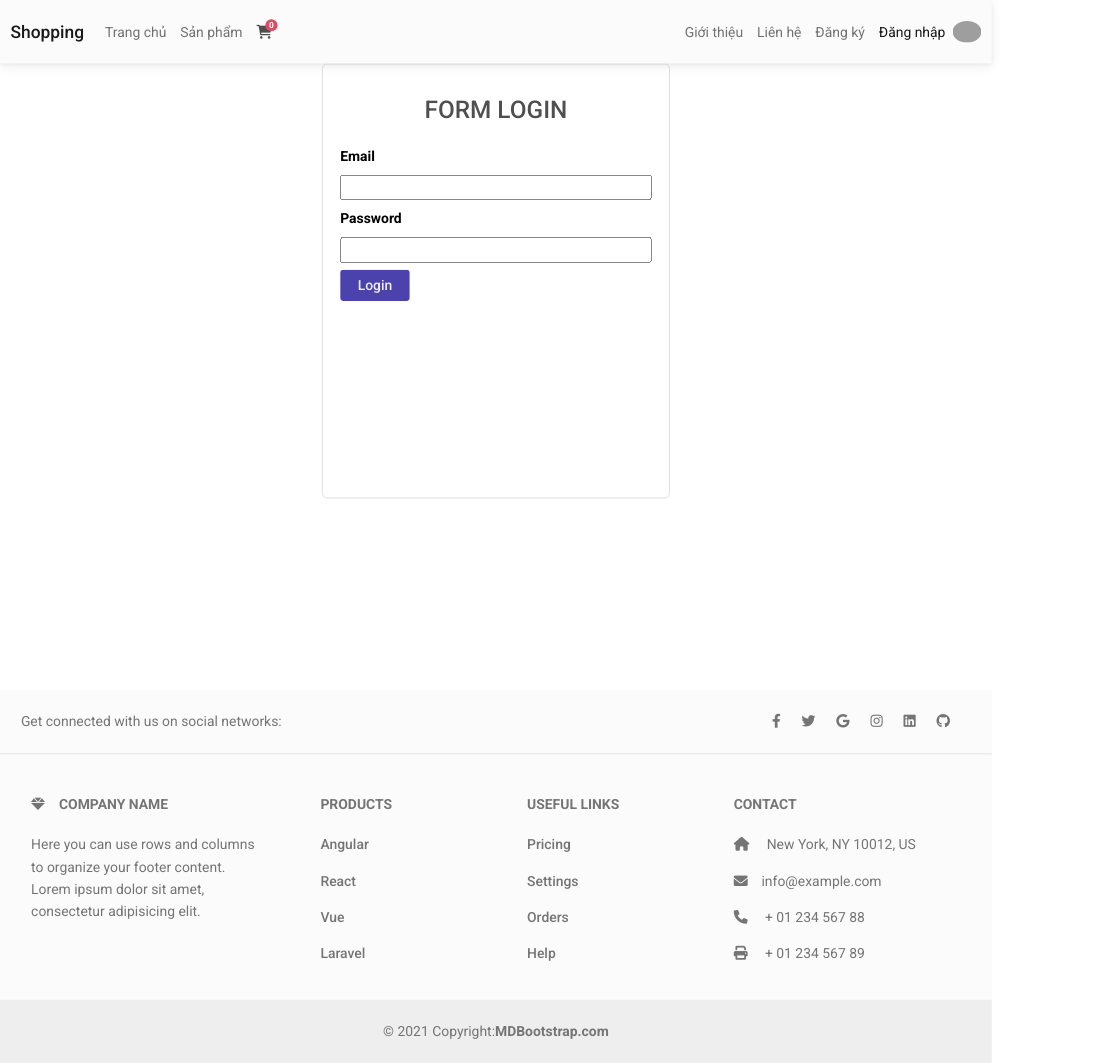
Repository: TinhTT336/MD02_Session10
Page: /login
These files come from the project's save history. The page is drawn as it stood at one moment and after the next save; the edit follows.
The browser window is 1280 px wide. The pictures show the whole page, at 87% of full size.
Pictures or frames that could not be fetched are drawn as grey boxes. Some web libraries are served in a nearby version. The project was rebuilt for these pictures with package versions that can differ from the ones it lists, and the page was loaded fresh each time. Also part of the build but not shown: vite.config.js, src/pages/Home.jsx, src/common/formatMoney.js, src/actions/cartActions.js, src/pages/ListProduct.jsx, src/pages/Cart.jsx, src/components/base/backtop/backtop.css, src/components/base/backtop/BackToTop.jsx and 11 more.

Above is the page before, as saved 2023-09-08 17:17:41.

### index.html
<!DOCTYPE html>
<html lang="en">
  <head>
    <meta charset="UTF-8" />
    <link rel="icon" type="image/svg+xml" href="/vite.svg" />
    <meta name="viewport" content="width=device-width, initial-scale=1.0" />
    <title>Vite + React</title>
    <!-- Font Awesome -->
    <link
      href="https://cdnjs.cloudflare.com/ajax/libs/font-awesome/6.0.0/css/all.min.css"
      rel="stylesheet"
    />
    <!-- Google Fonts -->
    <link
      href="https://fonts.googleapis.com/css?family=Roboto:300,400,500,700&display=swap"
      rel="stylesheet"
    />
    <!-- MDB -->
    <link
      href="https://cdnjs.cloudflare.com/ajax/libs/mdb-ui-kit/6.4.1/mdb.min.css"
      rel="stylesheet"
    />
  </head>
  <body>
    <div id="root"></div>
    <script type="module" src="/src/main.jsx"></script>
    <script
      type="text/javascript"
      src="https://cdnjs.cloudflare.com/ajax/libs/mdb-ui-kit/6.4.1/mdb.min.js"
    ></script>
  </body>
</html>

### src/main.jsx
import React from 'react'
import ReactDOM from 'react-dom/client'
import App from './App.jsx'
import './index.css'
import { BrowserRouter } from 'react-router-dom'
import { Provider } from 'react-redux'
import { createStore } from 'redux'
import { reducer } from './reducers/index.js'

const store = createStore(reducer)
ReactDOM.createRoot(document.getElementById('root')).render(
  <React.StrictMode>
    <BrowserRouter>
      <Provider store={store}>
        <App />
      </Provider>
    </BrowserRouter>
  </React.StrictMode>,
)

### src/App.jsx

import { Route, Routes, useLocation } from 'react-router-dom'
import './App.css'
import Home from './pages/Home'
import ListProduct from './pages/ListProduct'
import Cart from './pages/Cart'
import About from './pages/About'
import Contact from './pages/Contact'
import Register from './pages/Register'
import Login from './pages/Login'
import ProductDetail from './pages/ProductDetail'
import { useEffect } from 'react'
import PrivateRouter from './pages/private/PrivateRouter'
import HomeAdmin from './pages/private/HomeAdmin'
import ManagerProduct from './pages/private/ManagerProduct'
import ManagerUser from './pages/private/ManagerUser'

function App() {
  const location = useLocation();
  useEffect(() => {
    window.scrollTo({ top: 0, behavior: "smooth" });
  }, [location.pathname])
  return (
    <>
      <Routes>
        {/* Router ai cung co the truy cap */}
        <Route path='/' element={<Home />}></Route>
        <Route path='/list-product' element={<ListProduct />}></Route>
        <Route path='/product/:id' element={<ProductDetail />}></Route>
        <Route path='/cart' element={<Cart />}></Route>
        <Route path='/about' element={<About />}></Route>
        <Route path='/contact' element={<Contact />}></Route>
        <Route path='/register' element={<Register />}></Route>
        <Route path='/login' element={<Login />}></Route>
        <Route path='/product-detail' element={<ProductDetail />}></Route>

        {/* Router chi admin moi co the truy cap */}
        <Route path='/admin' element={<PrivateRouter />}>
          {/* path ="/" duong dan tuyet doi */}
          <Route index element={<HomeAdmin />}></Route>
          <Route path='manager-product' element={<ManagerProduct />}></Route>
          <Route path='manager-user' element={<ManagerUser />}></Route>
        </Route>
      </Routes>
    </>
  )
}

export default App

### src/App.css
* {
  margin: 0;
  padding: 0;
  box-sizing: border-box;
}
/* .active {
  background-color: #efefef;
} */
/* body {
  max-width: 90%;
  margin: 0 auto;
} */

.nav-item .nav-link {
  padding: 15px;
}

.fa-cart-shopping {
  position: relative;
}

.fa-cart-shopping + span {
  position: absolute;
  top: -10px;
  right: -10px;
  background-color: red;
  color: white;
  border-radius: 50%;
  padding: 5px 10px;
}

### src/pages/Login.jsx
import React from 'react'
import Navbar from '../layouts/Navbar'
import Footer from '../layouts/Footer'
import Button from "../components/base/button/Button";
import "./login.css";

export default function Login() {
    return (
        <>
            <Navbar />
            <div style={{ minHeight: "100vh" }} className='d-flex justify-content-center align-item-center'>
                <form className='form-container'>
                    <h3 className='form-heading text-center p-3'>FORM LOGIN</h3>
                    <div className='form-group'>
                        <label className='form-label' htmlFor="email">Email</label>
                        <input className='form-input' type="text" id="email" />
                    </div>
                    <div className='form-group'>
                        <label className='form-label' htmlFor="password">Password</label>
                        <input className='form-input' type="password" id="password" />
                    </div>
                    <Button title='Login' type='primary' />
                </form>
            </div>
            <Footer />
        </>
    )
}

### src/reducers/listProduct.js
import products from "../data/products.json";
export const listProduct = (state = products, action) => {
  return state;
};

### src/layouts/Navbar.jsx
import React from 'react'
import { useSelector } from 'react-redux'
import { Link, NavLink } from 'react-router-dom'

export default function Navbar() {
    const carts = useSelector(cart => cart.listCart);
    return (
        <div>
            <>
                {/* Navbar start */}
                {/* Navbar */}
                <nav className="navbar navbar-expand-lg navbar-light bg-light">
                    {/* Container wrapper */}
                    <div className="container-fluid">
                        {/* Toggle button */}
                        <button
                            className="navbar-toggler"
                            type="button"
                            data-mdb-toggle="collapse"
                            data-mdb-target="#navbarSupportedContent"
                            aria-controls="navbarSupportedContent"
                            aria-expanded="false"
                            aria-label="Toggle navigation"
                        >
                            <i className="fas fa-bars" />
                        </button>
                        {/* Collapsible wrapper */}
                        <div className="collapse navbar-collapse" id="navbarSupportedContent">
                            {/* Navbar brand */}
                            <a className="navbar-brand mt-2 mt-lg-0" >
                                {" "}
                                Shopping{" "}
                            </a>
                            {/* Left links */}
                            <ul className="navbar-nav me-auto mb-2 mb-lg-0">
                                <li className="nav-item">
                                    <NavLink to={"/"} className="nav-link" >
                                        Trang chủ
                                    </NavLink>
                                </li>
                                <li className="nav-item">
                                    <NavLink to={"/list-product"} className="nav-link" >
                                        Sản phẩm
                                    </NavLink>
                                </li>
                                <li className="nav-item">
                                    {/* Icon */}
                                    <Link to={"/cart"} className="text-reset me-3 nav-link" >
                                        <i className="fas fa-shopping-cart" />
                                        <span className="badge rounded-pill badge-notification bg-danger">
                                            {carts.length}
                                        </span>
                                    </Link>
                                </li>
                            </ul>
                            {/* Left links */}
                        </div>
                        {/* Collapsible wrapper */}
                        {/* Right elements */}
                        <div className="d-flex align-items-center">
                            <ul className="navbar-nav me-auto mb-2 mb-lg-0">
                                <li className="nav-item">
                                    <NavLink to={"/about"} className="nav-link" >
                                        Giới thiệu
                                    </NavLink>
                                </li>
                                <li className="nav-item">
                                    <NavLink to={"/contact"} className="nav-link" >
                                        Liên hệ
                                    </NavLink>
                                </li>
                                <li className="nav-item">
                                    <NavLink to={"/register"} className="nav-link" >
                                        Đăng ký
                                    </NavLink>
                                </li>
                                <li className="nav-item">
                                    <NavLink to={"/login"} className="nav-link" >
                                        Đăng nhập
                                    </NavLink>
                                </li>
                            </ul>
                            {/* Avatar */}
                            <div className="dropdown">
                                <a
                                    className="dropdown-toggle d-flex align-items-center hidden-arrow"

                                    id="navbarDropdownMenuAvatar"
                                    role="button"
                                    data-mdb-toggle="dropdown"
                                    aria-expanded="false"
                                >
                                    <img
                                        src="https://mdbcdn.b-cdn.net/img/new/avatars/2.webp"
                                        className="rounded-circle"
                                        height={25}
                                        alt="Black and White Portrait of a Man"
                                        loading="lazy"
                                    />
                                </a>
                                <ul
                                    className="dropdown-menu dropdown-menu-end"
                                    aria-labelledby="navbarDropdownMenuAvatar"
                                >
                                    <li>
                                        <a className="dropdown-item" >
                                            My profile
                                        </a>
                                    </li>
                                    <li>
                                        <a className="dropdown-item" >
                                            Settings
                                        </a>
                                    </li>
                                    <li>
                                        <a className="dropdown-item" >
                                            Logout
                                        </a>
                                    </li>
                                </ul>
                            </div>
                        </div>
                        {/* Right elements */}
                    </div>
                    {/* Container wrapper */}
                </nav>
                {/* Navbar end */}
            </>

        </div>
    )
}

### src/layouts/Footer.jsx
import React from 'react'

export default function Footer() {
    return (
        <>
            <>
                {/* Footer start */}
                {/* Footer */}
                <footer className="text-center text-lg-start bg-light text-muted">
                    {/* Section: Social media */}
                    <section className="d-flex justify-content-center justify-content-lg-between p-4 border-bottom">
                        {/* Left */}
                        <div className="me-5 d-none d-lg-block">
                            <span>Get connected with us on social networks:</span>
                        </div>
                        {/* Left */}
                        {/* Right */}
                        <div>
                            <a href="" className="me-4 text-reset">
                                <i className="fab fa-facebook-f" />
                            </a>
                            <a href="" className="me-4 text-reset">
                                <i className="fab fa-twitter" />
                            </a>
                            <a href="" className="me-4 text-reset">
                                <i className="fab fa-google" />
                            </a>
                            <a href="" className="me-4 text-reset">
                                <i className="fab fa-instagram" />
                            </a>
                            <a href="" className="me-4 text-reset">
                                <i className="fab fa-linkedin" />
                            </a>
                            <a href="" className="me-4 text-reset">
                                <i className="fab fa-github" />
                            </a>
                        </div>
                        {/* Right */}
                    </section>
                    {/* Section: Social media */}
                    {/* Section: Links  */}
                    <section className="">
                        <div className="container text-center text-md-start mt-5">
                            {/* Grid row */}
                            <div className="row mt-3">
                                {/* Grid column */}
                                <div className="col-md-3 col-lg-4 col-xl-3 mx-auto mb-4">
                                    {/* Content */}
                                    <h6 className="text-uppercase fw-bold mb-4">
                                        <i className="fas fa-gem me-3" />
                                        Company name
                                    </h6>
                                    <p>
                                        Here you can use rows and columns to organize your footer content.
                                        Lorem ipsum dolor sit amet, consectetur adipisicing elit.
                                    </p>
                                </div>
                                {/* Grid column */}
                                {/* Grid column */}
                                <div className="col-md-2 col-lg-2 col-xl-2 mx-auto mb-4">
                                    {/* Links */}
                                    <h6 className="text-uppercase fw-bold mb-4">Products</h6>
                                    <p>
                                        <a href="#!" className="text-reset">
                                            Angular
                                        </a>
                                    </p>
                                    <p>
                                        <a href="#!" className="text-reset">
                                            React
                                        </a>
                                    </p>
                                    <p>
                                        <a href="#!" className="text-reset">
                                            Vue
                                        </a>
                                    </p>
                                    <p>
                                        <a href="#!" className="text-reset">
                                            Laravel
                                        </a>
                                    </p>
                                </div>
                                {/* Grid column */}
                                {/* Grid column */}
                                <div className="col-md-3 col-lg-2 col-xl-2 mx-auto mb-4">
                                    {/* Links */}
                                    <h6 className="text-uppercase fw-bold mb-4">Useful links</h6>
                                    <p>
                                        <a href="#!" className="text-reset">
                                            Pricing
                                        </a>
                                    </p>
                                    <p>
                                        <a href="#!" className="text-reset">
                                            Settings
                                        </a>
                                    </p>
                                    <p>
                                        <a href="#!" className="text-reset">
                                            Orders
                                        </a>
                                    </p>
                                    <p>
                                        <a href="#!" className="text-reset">
                                            Help
                                        </a>
                                    </p>
                                </div>
                                {/* Grid column */}
                                {/* Grid column */}
                                <div className="col-md-4 col-lg-3 col-xl-3 mx-auto mb-md-0 mb-4">
                                    {/* Links */}
                                    <h6 className="text-uppercase fw-bold mb-4">Contact</h6>
                                    <p>
                                        <i className="fas fa-home me-3" /> New York, NY 10012, US
                                    </p>
                                    <p>
                                        <i className="fas fa-envelope me-3" />
                                        info@example.com
                                    </p>
                                    <p>
                                        <i className="fas fa-phone me-3" /> + 01 234 567 88
                                    </p>
                                    <p>
                                        <i className="fas fa-print me-3" /> + 01 234 567 89
                                    </p>
                                </div>
                                {/* Grid column */}
                            </div>
                            {/* Grid row */}
                        </div>
                    </section>
                    {/* Section: Links  */}
                    {/* Copyright */}
                    <div
                        className="text-center p-4"
                        style={{ backgroundColor: "rgba(0, 0, 0, 0.05)" }}
                    >
                        © 2021 Copyright:
                        <a className="text-reset fw-bold" href="https://mdbootstrap.com/">
                            MDBootstrap.com
                        </a>
                    </div>
                    {/* Copyright */}
                </footer>
                {/* Footer */}
                {/* Footer end */}
            </>

        </ >
    )
}

### src/components/base/button/Button.jsx
import React from 'react';
import "./button.css";

export default function Button({ title, size, type }) {
    const styleObj = {
        width: size + "px",
    }
    return (
        <>
            <button style={styleObj} className={`t-button t-button-${type}`}>
                {title}
            </button>
        </>
    )
}

### src/pages/login.css
.form-container {
  border: 1px solid #dadada;
  padding: 20px;
  width: 400px;
  height: 500px;
  border-radius: 6px;
}
.form-group {
  display: flex;
  flex-direction: column;
  margin-bottom: 8px;
}
.form-label {
  font-weight: 600;
  color: #000;
}

### src/components/base/button/button.css
.t-button {
  height: 36px;
  border: 1px solid transparent;
  border-radius: 4px;
  padding: 0 16px;
  min-width: 80px;
  /* line-height: 36px; */
  cursor: pointer;
  background-color: #efefef;
}

.t-button-primary {
  background-color: rgba(51, 41, 162, 0.882);
  color: #eee;
}
.t-button-primary:hover {
  background-color: rgba(0, 0, 0, 0.9);
  color: #fff;
}
.t-button-primary:focus {
  background-color: rgba(0, 0, 0, 0.9);
  color: #fff;
}
.t-button-danger {
  background-color: #ff4d4f !important;
}
.t-button-danger:hover {
  background-color: #f5292c !important;
  color: #fff;
}
.t-button-danger:focus {
  background-color: #ef0d11 !important;
  color: #fff;
}

### src/layouts/admin/sidebar/sidebar.css
/* .sidebar-admin {
  width: 230px;
  min-height: 100vh;
  color: #afafaf;
  padding: 5px;
}

.router-item {
  padding: 10px;
  border-bottom: 1px solid rgba(255, 255, 255, 0.1);
  cursor: pointer;
  transition: all.3s ease;
  color: #dfdcdc !important;
  font-size: 14px;
  font-weight: 600;
  display: flex;
  align-items: center;
  position: relative;
  z-index: 1;
  padding: 10px 20px 10px 20px;
  background-color: rgba(255, 255, 255, 0.1);
  border-radius: 5px;
  transition: all.3s ease;
  box-shadow: 0 1px 3px rgba(0, 0, 0, 0.12), 0 1px 2px rgba(0, 0, 0, 0.24);
}

.router-item:hover {
  background-color: rgba(255, 255, 255, 0.2);
  box-shadow: 0 14px 26px -12px rgba(0, 0, 0, 0.42),
    0 4px 23px 0px rgba(0, 0, 0, 0.12), 0 8px 10px -5px rgba(0, 0, 0, 0.2);
  color: #fff !important;
}

.router-item:hover.router-item-icon {
  color: #fff;
}

.router-item-icon {
  font-size: 20px;
  margin-right: 10px;
}

.router-item-title {
  font-size: 14px;
  font-weight: 600;
} */

.m-menu {
  width: 230px;
  background-color: #393a3d;
  color: #fff;
  overflow-y: auto;
}

.m-menu a {
  color: #efe3e3;
  text-decoration: none;
  cursor: pointer;
}

.m-logo-container {
  height: 56px;
  width: 230px;
  display: flex;
  align-items: center;
  /* justify-content: center; */
}

.m-logo-icon {
  height: 56px;
  width: 100%;
  border-right: 1px solid #dadada;
}

.m-menu-item {
  height: calc(100vh - 62px);
  overflow: auto;
}

.m-item-router {
  height: 50px;
  display: flex;
  align-items: center;
  padding-right: 14px;
  padding-left: 8px;
  border-left: 6px solid transparent;
  position: relative;
}

.m-item-router.active::before,
.m-item-router:hover::before {
  content: "";
  color: #fff;
  background: rgb(212, 215, 220);
  opacity: 0.2;
  width: calc(100% + 6px);
  height: 50px;
  left: -6px;
  top: 0px;
  position: absolute;
}

@media screen and (max-width: 600px) {
  .m-item-router .m-item-title {
    display: none;
  }

  .m-menu {
    width: 48px;
  }

  .m-logo-icon {
    height: 70px;
  }
  .collapse {
    left: 8px;
  }
  .collapse .m-item-title {
    display: none;
  }

  .m-navbar {
    height: 48px !important;
  }
}

.m-icon-15-fs {
  margin-right: 8px;
}

Loaded but not shown: src/index.css (common file); src/data/products.json (44 lines, source omitted); src/reducers/listCart.js (96 lines, source omitted); src/reducers/index.js (5 lines, source omitted); src/contrains/actionTypes.js (4 lines, source omitted)

After the next save:
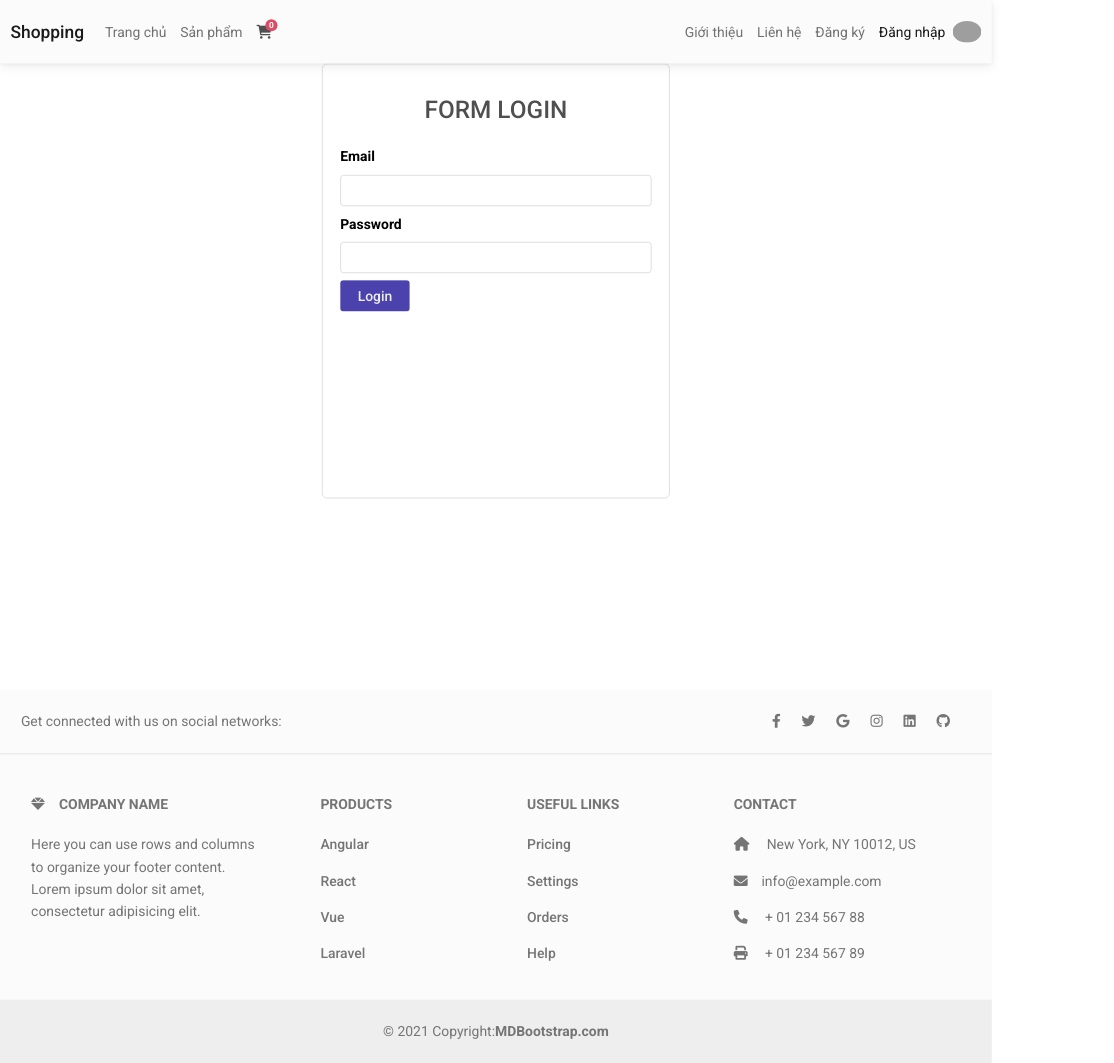
Saved 46 s later.
--- a/src/pages/login.css
+++ b/src/pages/login.css
@@ -14,3 +14,10 @@
   font-weight: 600;
   color: #000;
 }
+.form-input {
+  height: 36px;
+  padding: 0 16px;
+  border-radius: 4px;
+  outline: none;
+  border: 1px solid #dadada;
+}
